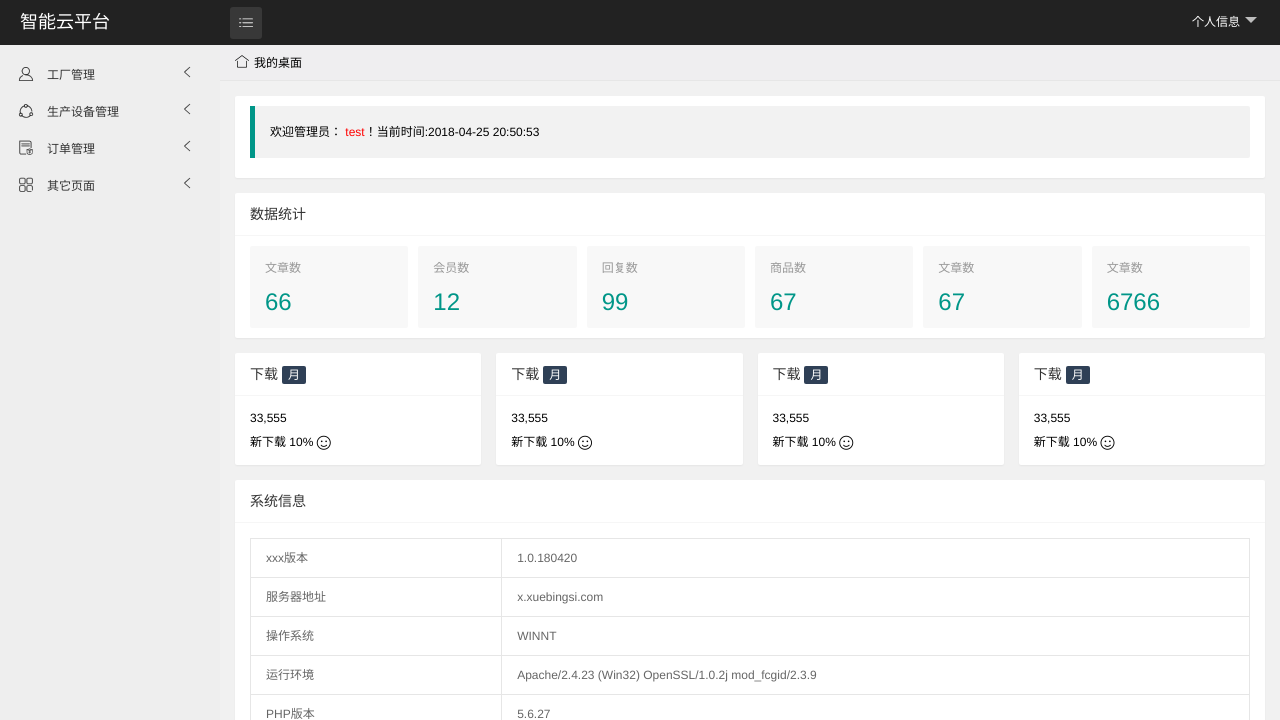
Repository: dfy777/DR-IntelligentManager
Page: IntelligentManager/src/main/resources/static/index.html
The author's editor kept a copy of each file at every save. The page is drawn from the files as they stood at one save, then again after the next save.
The browser window is 1280 px wide. The pictures show the whole page.

Above is the page before, as saved 2021-04-29 14:35:14.

### IntelligentManager/src/main/resources/static/index.html
<!doctype html>
<html class="x-admin-sm">
    <head>
        <meta charset="UTF-8">
        <title>后台登录-X-admin2.2</title>
        <meta name="renderer" content="webkit|ie-comp|ie-stand">
        <meta http-equiv="X-UA-Compatible" content="IE=edge,chrome=1">
        <meta name="viewport" content="width=device-width,user-scalable=yes, minimum-scale=0.4, initial-scale=0.8,target-densitydpi=low-dpi" />
        <meta http-equiv="Cache-Control" content="no-siteapp" />
        <link rel="stylesheet" href="./css/font.css">
        <link rel="stylesheet" href="./css/xadmin.css">
        <!-- <link rel="stylesheet" href="./css/theme5.css"> -->
        <script src="./lib/layui/layui.js" charset="utf-8"></script>
        <script type="text/javascript" src="./js/xadmin.js"></script>
        <!-- 让IE8/9支持媒体查询，从而兼容栅格 -->
        <!--[if lt IE 9]>
          <script src="https://cdn.staticfile.org/html5shiv/r29/html5.min.js"></script>
          <script src="https://cdn.staticfile.org/respond.js/1.4.2/respond.min.js"></script>
        <![endif]-->
        <script>
            // 是否开启刷新记忆tab功能
            // var is_remember = false;
        </script>
    </head>
    <body class="index">
        <!-- 顶部开始 -->
        <div class="container">
            <div class="logo">
                <a href="./index.html">智能云平台</a></div>
            <div class="left_open">
                <a><i title="展开左侧栏" class="iconfont">&#xe699;</i></a>
            </div>

            <ul class="layui-nav right" lay-filter="">
                <li class="layui-nav-item">
                    <a href="javascript:;">个人信息</a>
                    <dl class="layui-nav-child">
                        <!-- 二级菜单 -->
                        <dd>
                            <a onclick="xadmin.open('个人信息','http://www.baidu.com')">个人信息</a></dd>
                        <dd>
                            <a onclick="xadmin.open('切换帐号','http://www.baidu.com')">切换帐号</a></dd>
                        <dd>
                            <a href="./login.html">退出</a></dd>
                    </dl>
                </li>
            </ul>
        </div>
        <!-- 顶部结束 -->
        <!-- 中部开始 -->
        <!-- 左侧菜单开始 -->
        <div class="left-nav">
            <div id="side-nav">
                <ul id="nav">
                    <li>
                        <a href="javascript:;">
                            <i class="iconfont left-nav-li" lay-tips="工厂管理">&#xe6b8;</i>
                            <cite>工厂管理</cite>
                            <i class="iconfont nav_right">&#xe697;</i></a>
                        <ul class="sub-menu">
                            <li>
                                <a onclick="xadmin.add_tab('统计页面','welcome1.html')">
                                    <i class="iconfont">&#xe6a7;</i>
                                    <cite>统计页面</cite></a>
                            </li>
                            <li>
                                <a onclick="xadmin.add_tab('工厂列表','factory-list.html')">
                                    <i class="iconfont">&#xe6a7;</i>
                                    <cite>工厂列表</cite></a>
                            </li>

                        </ul>
                    </li>
                    <li>
                        <a href="javascript:;">
                            <i class="iconfont left-nav-li" lay-tips="生产设备管理">&#xe6ce;</i>
                            <cite>生产设备管理</cite>
                            <i class="iconfont nav_right">&#xe697;</i>
                        </a>
                        <ul class="sub-menu">
                            <li>
                                <a onclick="xadmin.add_tab('设备列表','device-list-all.html')">
                                    <i class="iconfont">&#xe6a7;</i>
                                    <cite>设备列表</cite>
                                </a>
                            </li>
                            <li>
                                <a onclick="xadmin.add_tab('拆线图','echarts2.html')">
                                    <i class="iconfont">&#xe6a7;</i>
                                    <cite>拆线图</cite>
                                </a>
                            </li>
                        </ul>
                    </li>
                    <li>
                        <a href="javascript:;">
                            <i class="iconfont left-nav-li" lay-tips="订单管理">&#xe723;</i>
                            <cite>订单管理</cite>
                            <i class="iconfont nav_right">&#xe697;</i>
                        </a>
                        <ul class="sub-menu">
                            <li>
                                <a onclick="xadmin.add_tab('订单列表','order-list-all.html')">
                                    <i class="iconfont">&#xe6a7;</i>
                                    <cite>订单列表</cite>
                                </a>
                            </li>
                        </ul>
                    </li>


                    <li>
                        <a href="javascript:;">
                            <i class="iconfont left-nav-li" lay-tips="其它页面">&#xe6b4;</i>
                            <cite>其它页面</cite>
                            <i class="iconfont nav_right">&#xe697;</i></a>
                        <ul class="sub-menu">
                            <li>
                                <a href="login.html" target="_blank">
                                    <i class="iconfont">&#xe6a7;</i>
                                    <cite>登录页面</cite></a>
                            </li>
                            <li>
                                <a onclick="xadmin.add_tab('错误页面','error.html')">
                                    <i class="iconfont">&#xe6a7;</i>
                                    <cite>错误页面</cite></a>
                            </li>
                            <li>
                                <a onclick="xadmin.add_tab('示例页面','demo.html')">
                                    <i class="iconfont">&#xe6a7;</i>
                                    <cite>示例页面</cite></a>
                            </li>
                            <li>
                                <a onclick="xadmin.add_tab('更新日志','log.html')">
                                    <i class="iconfont">&#xe6a7;</i>
                                    <cite>更新日志</cite></a>
                            </li>
                        </ul>
                    </li>
                </ul>
            </div>
        </div>
        <!-- <div class="x-slide_left"></div> -->
        <!-- 左侧菜单结束 -->
        <!-- 右侧主体开始 -->
        <div class="page-content">
            <div class="layui-tab tab" lay-filter="xbs_tab" lay-allowclose="false">
                <ul class="layui-tab-title">
                    <li class="home">
                        <i class="layui-icon">&#xe68e;</i>我的桌面</li></ul>
                <div class="layui-unselect layui-form-select layui-form-selected" id="tab_right">
                    <dl>
                        <dd data-type="this">关闭当前</dd>
                        <dd data-type="other">关闭其它</dd>
                        <dd data-type="all">关闭全部</dd></dl>
                </div>
                <div class="layui-tab-content">
                    <div class="layui-tab-item layui-show">
                        <iframe src='./welcome.html' frameborder="0" scrolling="yes" class="x-iframe"></iframe>
                    </div>
                </div>
                <div id="tab_show"></div>
            </div>
        </div>
        <div class="page-content-bg"></div>
        <style id="theme_style"></style>
        <!-- 右侧主体结束 -->
        <!-- 中部结束 -->
        <script>//百度统计可去掉
            var _hmt = _hmt || []; (function() {
                var hm = document.createElement("script");
                hm.src = "https://hm.baidu.com/hm.js?b393d153aeb26b46e9431fabaf0f6190";
                var s = document.getElementsByTagName("script")[0];
                s.parentNode.insertBefore(hm, s);
            })();</script>
    </body>

</html>

### IntelligentManager/src/main/resources/static/css/xadmin.css
@charset "utf-8";
@import url(../lib/layui/css/layui.css);
*{
    margin: 0px;
    padding: 0px;
    font-family: "Helvetica Neue", Helvetica, Arial, sans-serif;
}
a{
    text-decoration: none;
}
html{
    width: 100%;
    height: 100%;
    overflow-x:hidden;
    overflow-y:auto;
}
body{
    width: 100%;
    min-height: 100%;
    background: #f1f1f1;
    /*background: #fff;*/
}
.x-red{
    color: red;
}

.layui-form-switch{
    margin-top: 0px;
}
.layui-input:focus, .layui-textarea:focus {
    border-color: #189f92!important;
}

.layui-fluid{
    padding:15px;
}
.x-nav{
    padding: 0 20px;
    position: relative;
    z-index: 99;
    border-bottom: 1px solid #e5e5e5;
    line-height: 39px;
    height: 39px;
    overflow: hidden;
    background: #fff;
}
.page{
    text-align: center;

}
.page a{
    display: inline-block;
    background: #fff;
    color: #888;
    padding: 5px;
    min-width: 15px;
    border: 1px solid #E2E2E2;

}
.page span{
    display: inline-block;
    padding: 5px;
    min-width: 15px;
    border: 1px solid #E2E2E2;
}
.page span.current{
    display: inline-block;
    background: #009688;
    color: #fff;
    padding: 5px;
    min-width: 15px;
    border: 1px solid #009688;
}
.page .pagination li{
    display: inline-block;
    margin-right: 5px;
    text-align: center;
}
.page .pagination li.active span{
    background: #009688;
    color: #fff;
    border: 1px solid #009688;

}

/*登录样式*/
/*头部*/
.container{
    width: 100%;
    height: 45px;
    background-color: #222;
}
.container a,.layui-nav .layui-nav-item a{
    color: #fff;
}
.container .logo a{
    background-color: rgba(0,0,0,0);
}
.container .logo a{
    float: left;
    font-size: 18px;
    padding-left: 20px;
    line-height: 45px;
    width: 200px;
}
.container .right{
    background-color:rgba(0,0,0,0);
    float: right;

}
.container .left_open{
    height: 45px;
    float: left;
    margin-left: 10px;
}
.container .left_open i{
    display: block;
    background: rgba(255,255,255,0.1);
    width: 32px;
    height: 32px;
    line-height: 32px;
    border-radius: 3px;
    text-align: center;
    margin-top: 7px;
    cursor: pointer;
}
.container .left_open i:hover{
    background: rgba(255,255,255,0.3);
}

.container .left{
    background-color:rgba(0,0,0,0);
    float: left;

}
.container .layui-nav-item{
    line-height: 45px;
}
.container .layui-nav-more{
    top: 20px;
}
.container .layui-nav-child{
    top: 50px;
}
.container .layui-nav-child i{
    margin-right: 10px;
}
.layui-nav .layui-nav-item a{
    cursor: pointer;
}
.layui-nav .layui-nav-child a{
    color: #333;
    cursor: pointer;
}
.left-nav{
    position: absolute;
    top: 45px;
    bottom: 0px;
    /*bottom: 42px;*/
    left: 0;
    z-index: 2;
    padding-top: 10px;
    background-color: #EEEEEE;
    width: 220px;
    max-width: 220px;
    overflow: auto;
    overflow-x:hidden;
    overflow: hidden;

    /*width: 0px;*/
}
#side-nav{
    width: 220px;
}

.left-nav #nav li:hover > a{
    /*color: blue;*/
}
.left-nav #nav .current{
    background-color: rgba(0, 0, 0, 0.3);
}
.left-nav #nav li a{
    font-size: 14px;
    padding: 10px 15px 10px 15px;
    display: block;
    cursor: pointer;
    border-left: 4px solid transparent;
    transition: all 0.3s;
}
.left-nav a:hover{
    background: #009688 !important;
    color: #fff;
    border-color:  #04564e !important;
}
.left-nav a.active{
    background: #009688 !important;
    color: #fff;
    border-color:  #04564e !important;
}
.left-nav #nav li a cite{
    font-size: 14px;
}

.left-nav #nav li .sub-menu{
    display: none;
}
.left-nav #nav li .opened{
    display: block;
}
.left-nav #nav li .opened:hover{
    /*background: #fff ;*/
}
.left-nav #nav li .opened .current{

}
.left-nav #nav li .sub-menu li:hover{
    /*color: blue;*/
     /*background: #fff ;*/
}
.left-nav #nav li .sub-menu li a{
    padding: 12px 15px 12px 30px;
    font-size: 14px;
    cursor: pointer;
}
.left-nav #nav li .sub-menu li .sub-menu li a{
    padding-left: 45px;
}
/*.left-nav #nav li .sub-menu li a:hover{
    color: #148cf1;
}*/
.left-nav #nav li .sub-menu li a i{
    font-size: 12px;
}
.left-nav #nav li a i{
    padding-right: 10px;
    line-height: 14px;
}
.left-nav #nav li .nav_right{
    float: right;
    font-size: 16px;
}
.x-slide_left {
    width: 17px;
    height: 61px;
    background: url(../images/icon.png) 0 0 no-repeat;
    position: absolute;
    top: 200px;
    left: 220px;
    cursor: pointer;
    z-index: 3;
}
.page-content{
    position: absolute;
    top: 45px;
    right: 0;
    /*bottom: 42px;*/
    bottom: 0px;
    left: 220px;
    overflow: hidden;
    z-index: 1;
}
.page-content-bg{
    position: absolute;
    top: 45px;
    right: 0;
    /*bottom: 42px;*/
    bottom: 0px;
    left: 220px;
    background: rgba(0,0,0,0.5);
    overflow: hidden;
    z-index: 100;
    display: none;
}

.page-content .tab{
    height: 100%;
    width: 100%;
    /*background: #EFEEF0;*/
    margin: 0px;
}
.page-content .layui-tab-title{
    /*padding-top: 5px;*/
    height: 35px;
    background: #EFEEF0 ;
    position: relative;
    z-index: 100;
}
.page-content .layui-tab-title li.home i{
    padding-right: 5px;
}
.page-content .layui-tab-title li.home .layui-tab-close{
    display: none;
}
.page-content .layui-tab-title li{
    line-height: 35px;
}
.page-content .layui-tab-title .layui-this:after{
    height: 36px;
}
.page-content .layui-tab-title li .layui-tab-close{
    border-radius: 50%;
}
.page-content .layui-tab-title .layui-this{
    background: #fff ;
}
.page-content .layui-tab-bar{
    height:34px;
    line-height: 35px;
}
.page-content .layui-tab-content{
    position: absolute;
    top: 36px;
    bottom: 0px;
    width: 100%;
    padding: 0px;
    overflow: hidden;
}
.page-content .layui-tab-content .layui-tab-item{
    width: 100%;
    height: 100%;

}
.page-content .layui-tab-content .layui-tab-item iframe{
    width: 100%;
    height: 100%;

}
.x-admin-carousel,.layui-carousel,.x-admin-carousel>[carousel-item]>* {
    background-color:#fff
}

.x-admin-backlog .x-admin-backlog-body {
    display:block;
    padding:10px 15px;
    background-color:#f8f8f8;
    color:#999;
    border-radius:2px;
    transition:all .3s;
    -webkit-transition:all .3s
}
.x-admin-backlog-body h3 {
    padding-bottom:10px;
    font-size:12px
}
.x-admin-backlog-body p cite {
    font-style:normal;
    font-size:30px;
    font-weight:300;
    color:#009688
}
.x-admin-backlog-body:hover {
    background-color:#CFCFCF;
    color:#888
}

.layui-table td, .layui-table th{
    min-width: 80px;
}

table th, table td {
    word-break: break-all;
}

/*404页面样式*/
.fly-panel {
    margin-bottom: 15px;
    border-radius: 2px;
    /*background-color: #fff;*/
    box-shadow: 0 1px 2px 0 rgba(0,0,0,.05);
}
.fly-none {
    min-height: 600px;
    text-align: center;
    padding-top: 50px;
    color: #999;
}
.fly-none .layui-icon {
    line-height: 300px;
    font-size: 300px;
    color: #393D49;
}
.fly-none p {
    margin-top: 50px;
    padding: 0 15px;
    font-size: 20px;
    color: #999;
    font-weight: 300;
}
#tab_right{
    display: none;
    width: 80px;
    position: absolute;
    top: 35px;
    left: 0px;
}
#tab_right dl{
    top: 0px;
}
#tab_show{
    position: absolute;
    top: 36px;
    bottom: 0px;
    width: 100%;
    background:rgb(255, 255, 255,0);
    padding: 0px;
    overflow: hidden;
    display: none;
}


@media screen and (max-width: 768px){
    .fast-add{
        display: none;
    }
    .layui-nav .to-index{
        display: none;
    }
    .container .logo a{
        width: 140px;
    }
    .container .left_open {
        /*float: right;*/
    }
    .left-nav{
        width: 60px;
    }
    .left-nav #nav li a i{
        font-size: 18px;
    }
    .left-nav cite,.left-nav .nav_right{
        display: none;
    }
    .page-content{
        left: 60px;
    }
    .page-content .layui-tab-content .layui-tab-item{
        -webkit-overflow-scrolling: touch;
        overflow-y: scroll;
    }
    .x-so input.layui-input{
        width: 100%;
        margin: 10px;
    }
}

/*精细版样式*/

.x-admin-sm{
    font-size: 12px;
}
.x-admin-sm body{
    font-size: 12px;
}
/*登录页面样式*/
.x-admin-sm .login input[type=submit],.x-admin-sm .login input[type=button]{
    font-size: 14px;
}
.x-admin-sm .login input[type=text],
.x-admin-sm .login input[type=file],
.x-admin-sm .login input[type=password],
.x-admin-sm .login input[type=email], .x-admin-sm select {
    font-size: 12px;
}
.x-admin-sm .login .message{
    font-size: 14px;
}

.x-admin-sm .layui-table td, .x-admin-sm .layui-table th{
    font-size: 12px;
}
.x-admin-sm .layui-elem-field legend{
    font-size: 18px;
}

.x-admin-sm .x-admin-backlog-body p cite{
    font-size: 24px;
}
.x-admin-sm .left-nav #nav li a cite{
    font-size: 12px;
}
.x-admin-sm .iconfont{
    font-size: 14px;
}
.x-admin-sm .layui-tab-title li{
    font-size: 12px;
}
.x-admin-sm .layui-icon{
    font-size: 14px;
}
.x-admin-sm .layui-nav *{
    font-size: 12px;
}
.x-admin-sm  .layui-breadcrumb>*{
   font-size: 12px;
}
.x-admin-sm  .layui-btn,.x-admin-sm .layui-btn-xs,.x-admin-sm .layui-btn-sm{
    font-size: 12px;
}

.x-admin-sm .layui-laydate{
    font-size: 12px;
}
.x-admin-sm  .layui-btn{
    height: 30px;
    line-height: 30px;
    padding: 0 10px;
}

.x-admin-sm .layui-btn-lg{
    height: 38px;
    line-height: 38px;
    padding: 0 18px;
    font-size: 14px;
}
.x-admin-sm .layui-layer-title,.x-admin-sm .layui-layer-dialog .layui-layer-content{
    font-size: 12px;
}
.x-admin-sm .layui-input,.x-admin-sm .layui-select,.x-admin-sm .layui-textarea{
    height: 30px;
}

.x-admin-sm .layui-form-pane .layui-form-label{
    height: 30px;
    line-height: 14px;
}
.x-admin-sm .layui-form-checkbox span{
    font-size: 12px;
}
.x-admin-sm .fly-none .layui-icon {
    line-height: 300px;
    font-size: 300px;
    color: #393D49;
}

Loaded but not shown: IntelligentManager/src/main/resources/static/css/font.css (common file); IntelligentManager/src/main/resources/static/lib/layui/layui.js (library); IntelligentManager/src/main/resources/static/lib/layui/css/layui.css (library); IntelligentManager/src/main/resources/static/lib/layui/lay/modules/layer.js (library); IntelligentManager/src/main/resources/static/lib/layui/css/modules/layer/default/layer.css (library); IntelligentManager/src/main/resources/static/lib/layui/lay/modules/jquery.js (library); IntelligentManager/src/main/resources/static/lib/layui/lay/modules/element.js (library); IntelligentManager/src/main/resources/static/js/xadmin.js (584 lines, source omitted); IntelligentManager/src/main/resources/static/welcome.html (204 lines, source omitted)

After the next save:
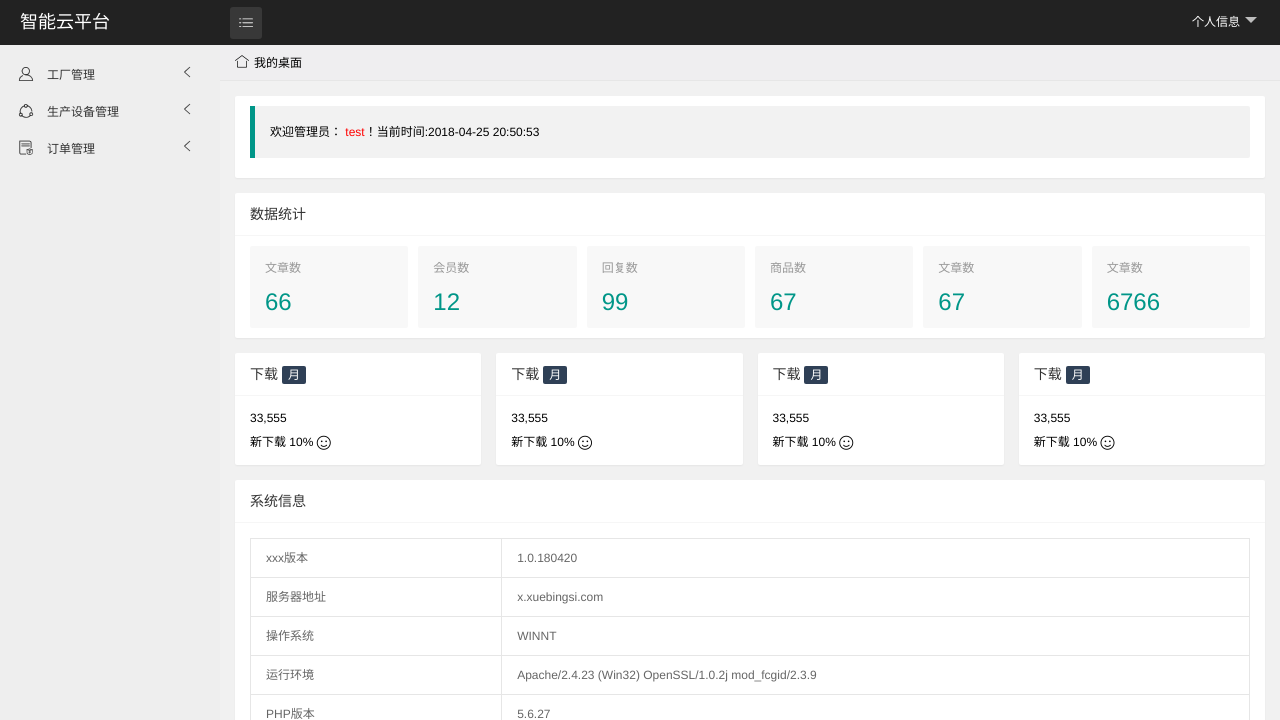
Saved 18 s later.
--- a/IntelligentManager/src/main/resources/static/index.html
+++ b/IntelligentManager/src/main/resources/static/index.html
@@ -107,36 +107,6 @@
                             </li>
                         </ul>
                     </li>
-
-
-                    <li>
-                        <a href="javascript:;">
-                            <i class="iconfont left-nav-li" lay-tips="其它页面">&#xe6b4;</i>
-                            <cite>其它页面</cite>
-                            <i class="iconfont nav_right">&#xe697;</i></a>
-                        <ul class="sub-menu">
-                            <li>
-                                <a href="login.html" target="_blank">
-                                    <i class="iconfont">&#xe6a7;</i>
-                                    <cite>登录页面</cite></a>
-                            </li>
-                            <li>
-                                <a onclick="xadmin.add_tab('错误页面','error.html')">
-                                    <i class="iconfont">&#xe6a7;</i>
-                                    <cite>错误页面</cite></a>
-                            </li>
-                            <li>
-                                <a onclick="xadmin.add_tab('示例页面','demo.html')">
-                                    <i class="iconfont">&#xe6a7;</i>
-                                    <cite>示例页面</cite></a>
-                            </li>
-                            <li>
-                                <a onclick="xadmin.add_tab('更新日志','log.html')">
-                                    <i class="iconfont">&#xe6a7;</i>
-                                    <cite>更新日志</cite></a>
-                            </li>
-                        </ul>
-                    </li>
                 </ul>
             </div>
         </div>
